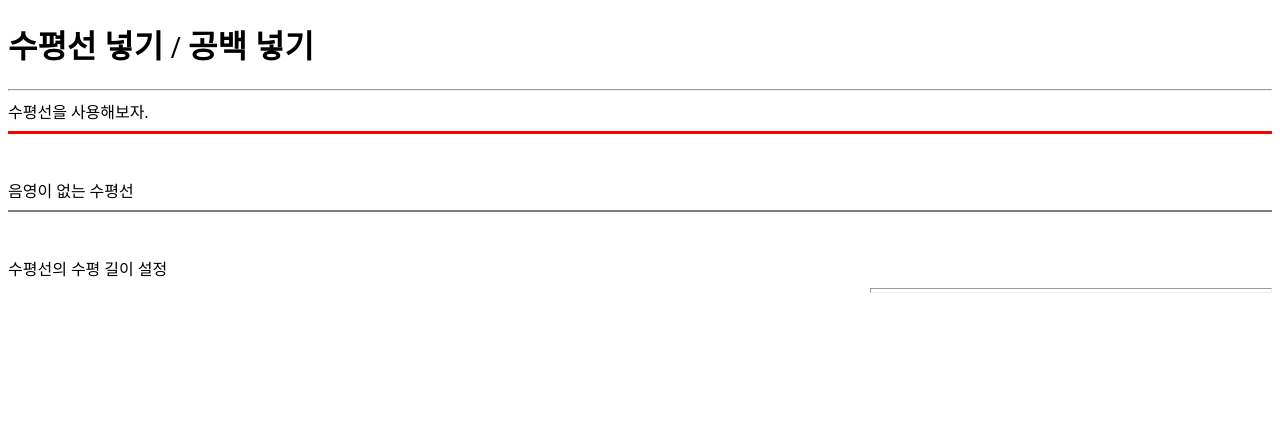
Repository: jp0301/WebStudy
Page: WebApp01/WebContent/Test006.html
These files come from the project's save history. The page is drawn as it stood at one moment and after the next save; the edit follows.
The browser window is 1280 px wide. The pictures show the whole page.

Above is the page before, as saved 2022-09-27 00:23:27.

After the next save:
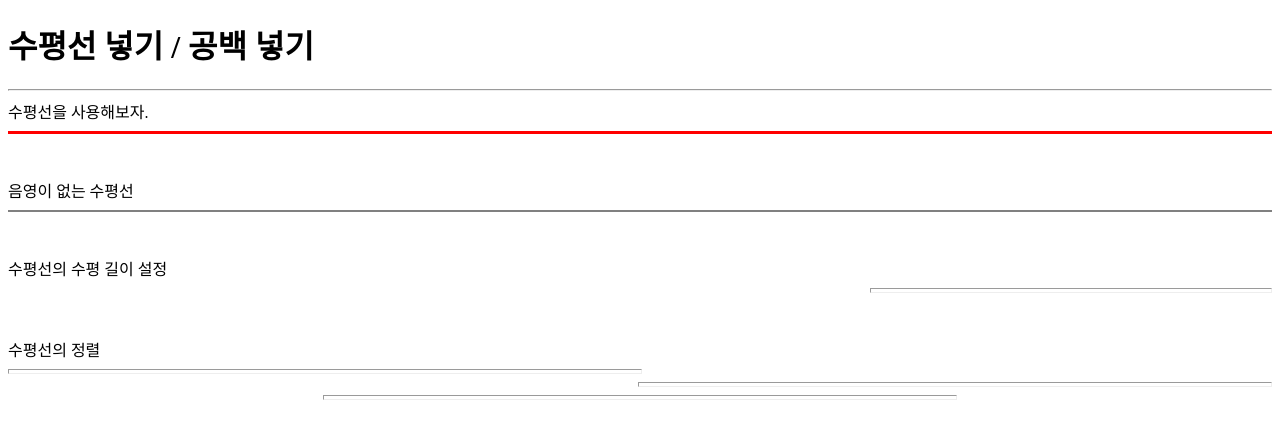
Saved 48 s later.
--- a/WebApp01/WebContent/Test006.html
+++ b/WebApp01/WebContent/Test006.html
@@ -22,7 +22,13 @@
 
 		수평선의 수평 길이 설정
 		<hr size="5" width="400" align="right">
+		<br><br>
 
+		수평선의 정렬
+		<hr size="5" width="50%" align="left">
+		<hr size="5" width="50%" align="right">
+		<hr size="5" width="50%" align="center">
+		<br><br>
 
 
 
